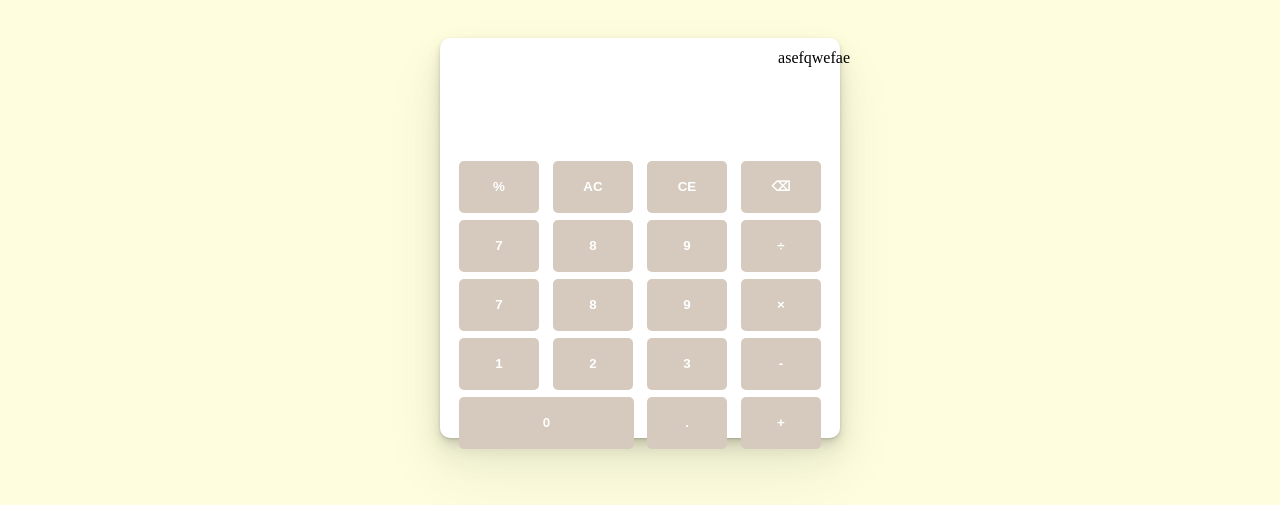
Repository: JeongminHW/Web_study
Page: HTML/myHTML/src/main/webapp/project/calculator.html
These files come from the project's save history. The page is drawn as it stood at one moment and after the next save; the edit follows.
The browser window is 1280 px wide. The pictures show the whole page.

Above is the page before, as saved 2024-07-12 03:08:07.

After the next save:
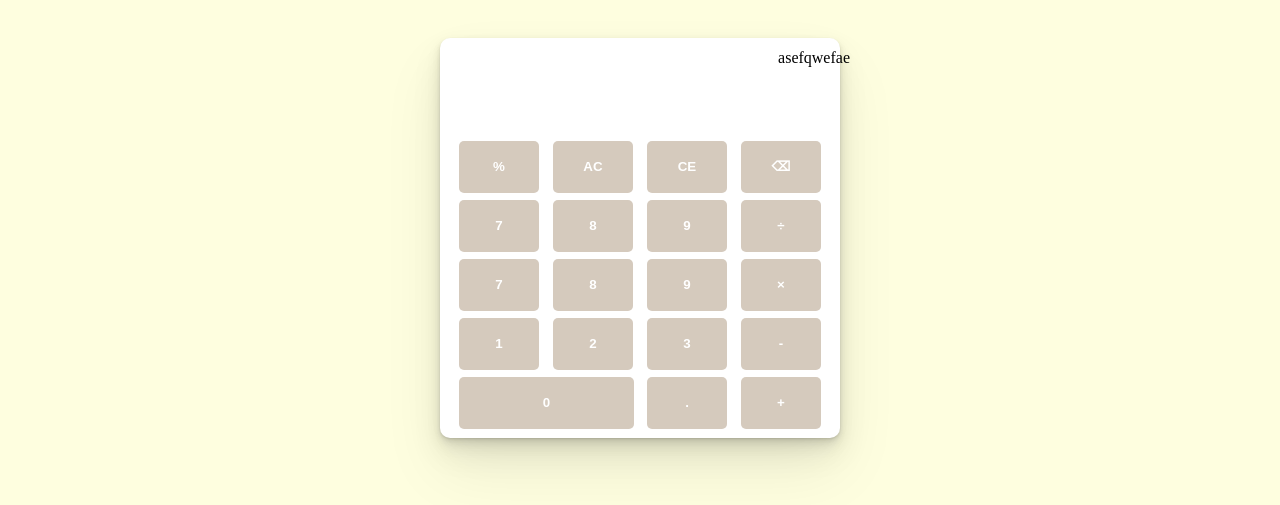
Saved 15 s later.
--- a/HTML/myHTML/src/main/webapp/project/style.css
+++ b/HTML/myHTML/src/main/webapp/project/style.css
@@ -25,7 +25,7 @@ body {
 
 .result {
 	width: 400px;
-	height: 100px;
+	height: 80px;
 	text-align: right;
 	padding:10px;
 }
